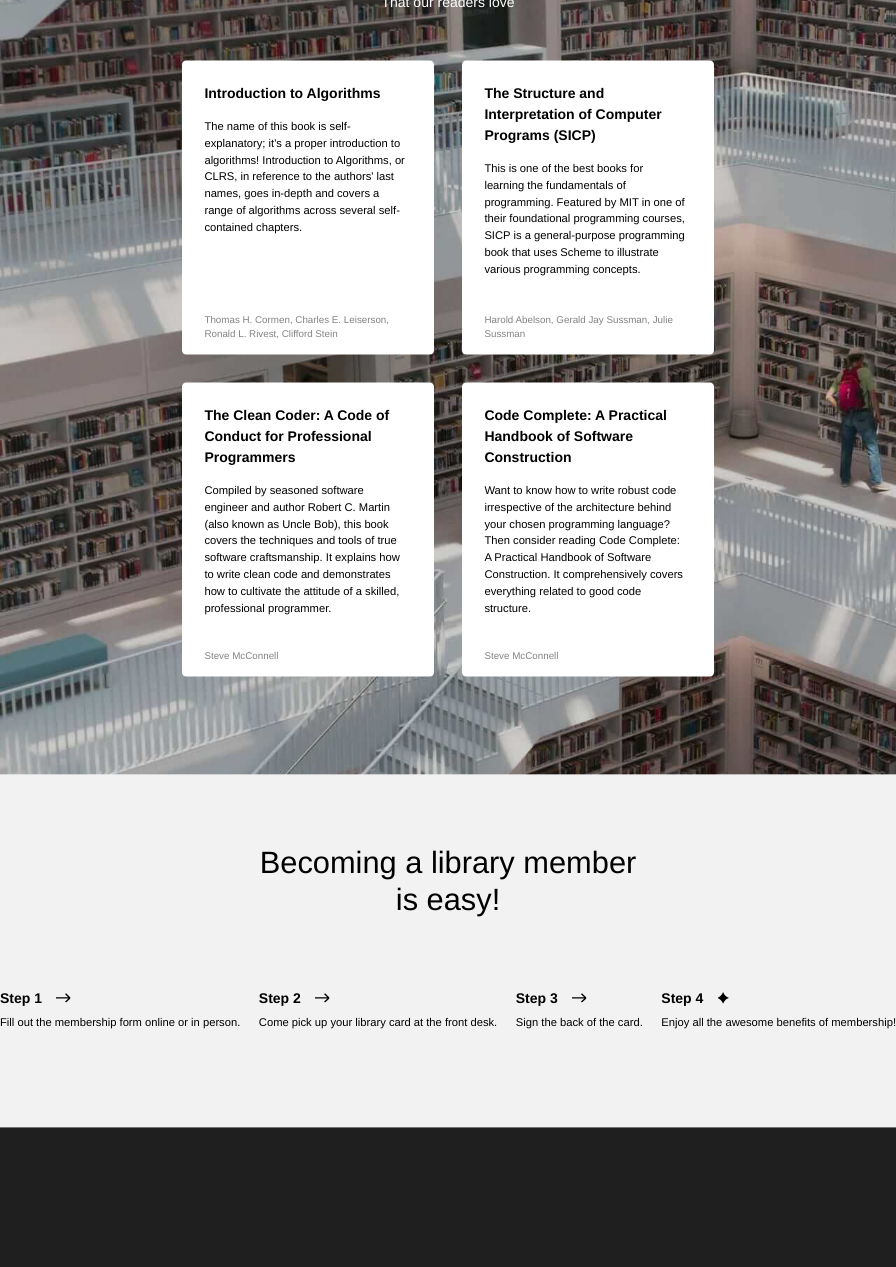
Repository: MWilliams-26/se_project_library
Page: index.html
The author's editor kept a copy of each file at every save. The page is drawn from the files as they stood at one save, then again after the next save.
The browser window is 1280 px wide. The pictures show the part of the page from y = 1732 to 3652 px (the page is 3542 px tall before and 3652 px after), at 70% of full size.

Above is the page before, as saved 2023-04-03 23:15:24.

After the next save:
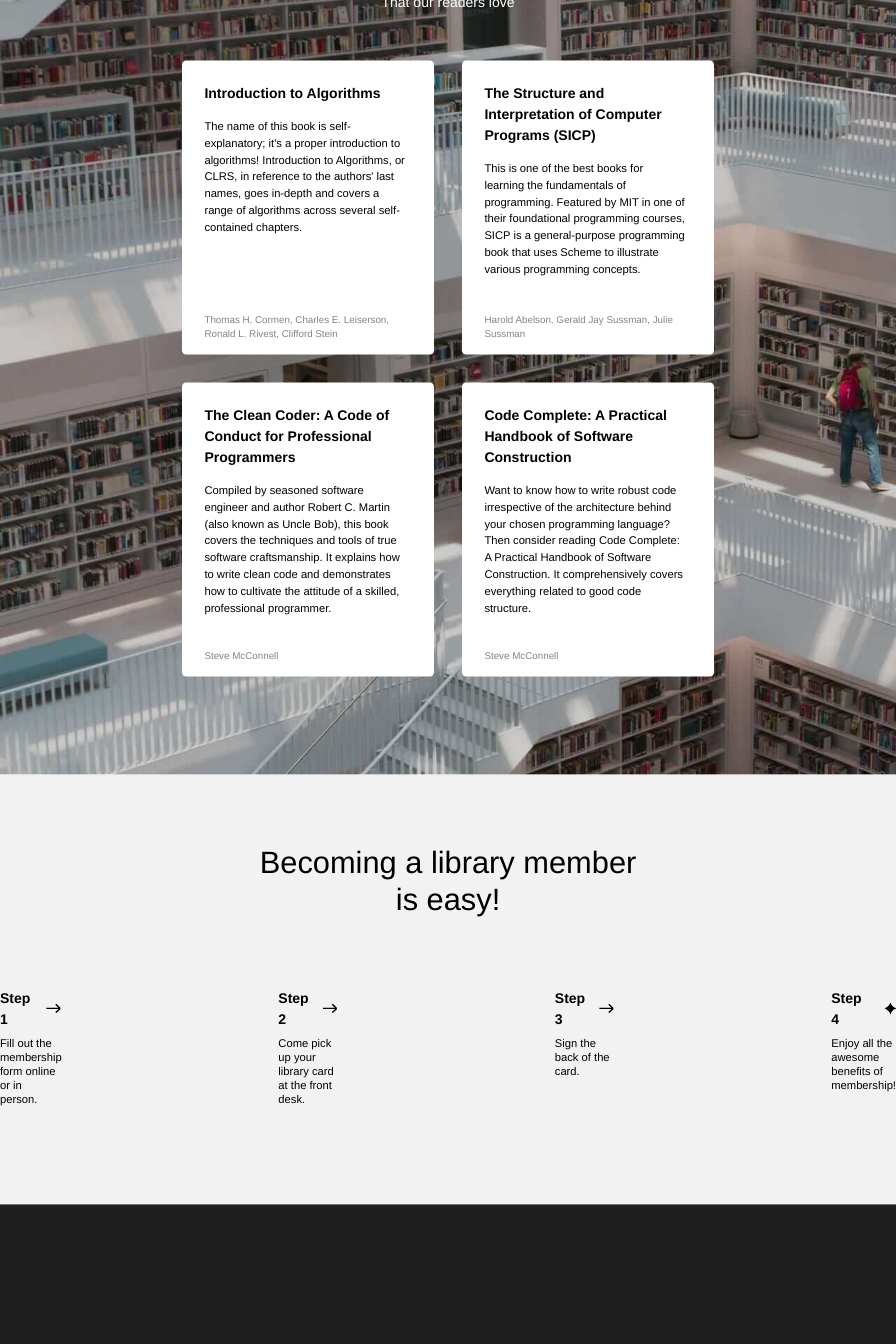
Saved 25 s later.
--- a/styles/style.css
+++ b/styles/style.css
@@ -324,7 +324,7 @@
 
 .step {
   font-display: wrap;
-  flex-wrap: wrap;
+  flex-basis: 40px;
   gap: 40px;
 
   /* Add styles */
